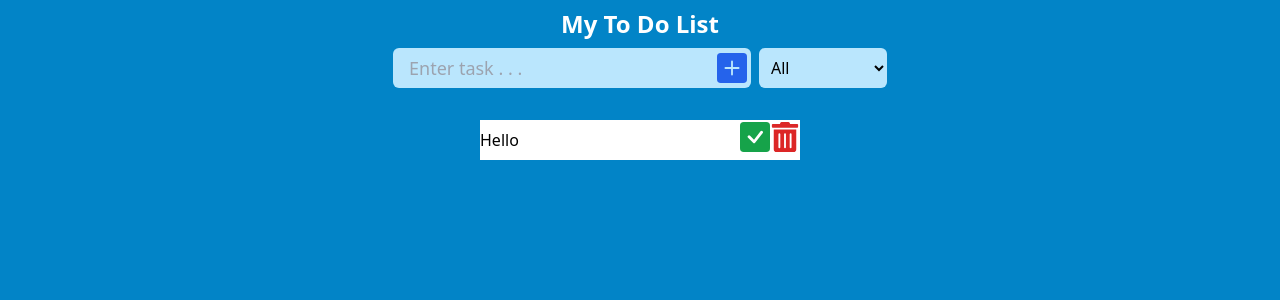
Repository: SaadYasin/react-to-do-list
Page: /
These files come from the project's save history. The page is drawn as it stood at one moment and after a run of saves; the edit follows.
The browser window is 1280 px wide. The pictures show the whole page.
The project was rebuilt for these pictures with package versions that can differ from the ones it lists, and the page was loaded fresh each time. Also part of the build but not shown: src/App.css.

Above is the page before, as saved 2022-11-10 23:00:16.

After the next 2 saves:
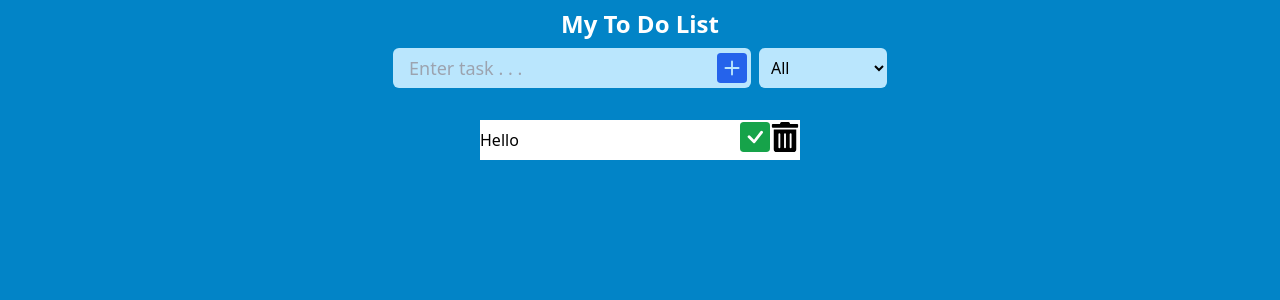
The 2 saves are shown as one change because they came seconds apart.
The last was saved 6 min 51 s later.
--- a/src/components/Todo.js
+++ b/src/components/Todo.js
@@ -10,7 +10,7 @@ const Todo = () => {
         <button className="text-green-600 text-3xl">
           <BsCheckSquareFill />
         </button>
-        <button className="text-red-600 text-3xl">
+        <button className="text-3xl ">
           <FaTrashAlt />
         </button>
       </div>
